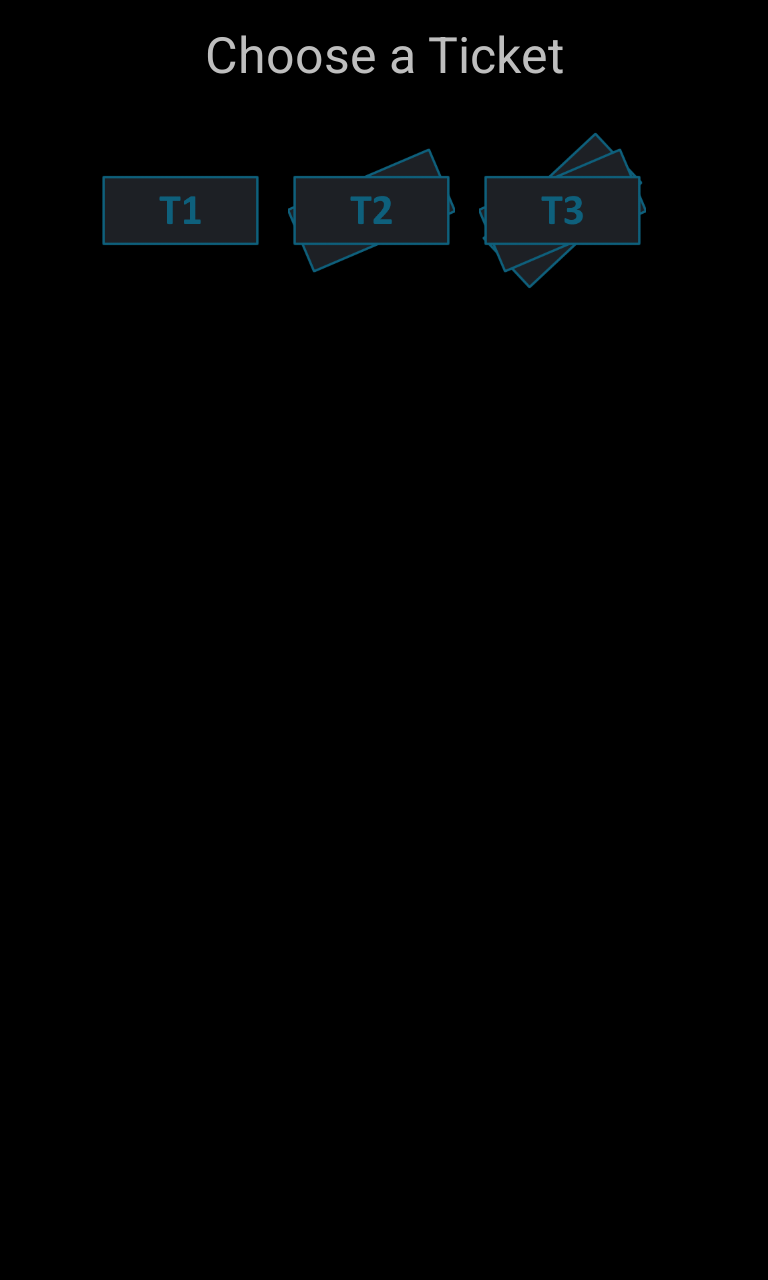
Repository: Nelspike/BusTicketer
Layout: PassengerMode/res/layout/fragment_show_tickets.xml
These files come from the project's save history. The layout is drawn as it stood at one moment and after the next save; the edit follows.
It is drawn on a 768 x 1280 px phone screen (xhdpi) without system bars, with theme AppTheme; the app's code is not run.

Above is the layout before, as saved 2013-10-19 20:06:40.

After the next save:
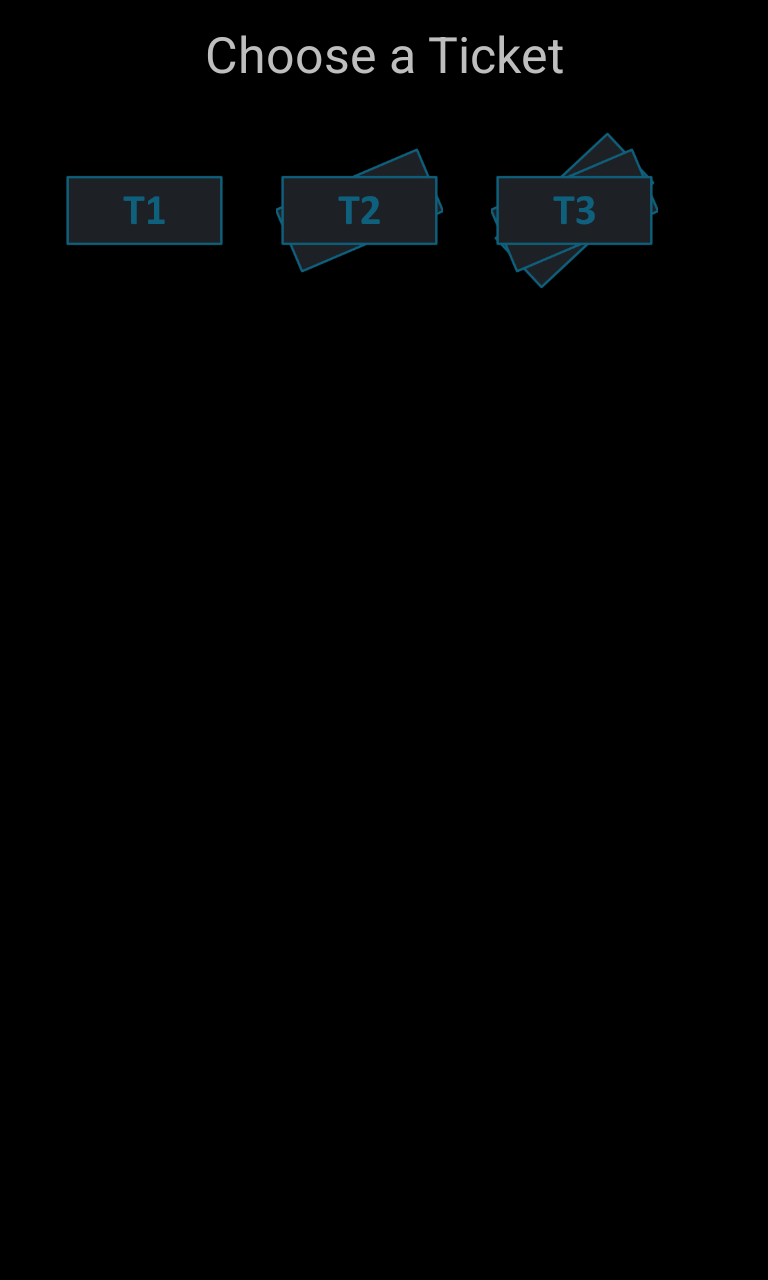
Saved 42 s later.
--- a/PassengerMode/res/layout/fragment_show_tickets.xml
+++ b/PassengerMode/res/layout/fragment_show_tickets.xml
@@ -26,15 +26,15 @@
 
 		    <RadioButton
 		        android:button="@drawable/t1"
-		        android:paddingLeft="12dp"/>
+		        android:padding="12dp"/>
 
 		    <RadioButton
 		        android:button="@drawable/t2"
-		        android:paddingLeft="12dp"/>
+		        android:padding="12dp"/>
 
 		    <RadioButton
 		        android:button="@drawable/t3"
-		        android:paddingLeft="12dp"/>
+		        android:padding="12dp"/>
 
 		</RadioGroup>
 
